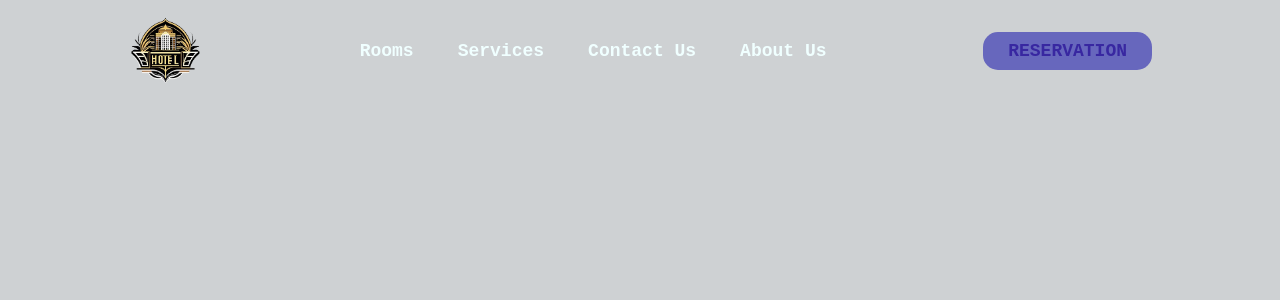
Repository: DhananjayaLakshan/Uom-Web_Design_For_Beginners
Page: Final Assignment/index.html
The author's editor kept a copy of each file at every save. The page is drawn from the files as they stood at one save, then again after the next save.
The browser window is 1280 px wide. The pictures show the whole page.
The pointer rests on the first visible `button`.

Above is the page before, as saved 2023-11-29 13:59:55.

### Final Assignment/index.html
<!DOCTYPE html>
<html lang="en">
<head>
    <meta charset="UTF-8">
    <meta name="viewport" content="width=device-width, initial-scale=1.0">
    <title>Ceylon Hotel</title>

    <link rel="stylesheet" href="style.css">
    <script src="script.js"></script>
</head>
<body>

    <header>
        <img class="logo" src="img/logo.png" alt="logo">

        <nav>
            <ul class="navBar">
                <li>
                    <a href="#"> Rooms</a>
                </li>

                <li>
                    <a href="#"> Services</a>
                </li>

                <li>
                    <a href="#"> Contact Us</a>
                </li>

                <li>
                    <a href="#"> About Us</a>
                </li>


            </ul>
        </nav>

        <a href="#"> <button>RESERVATION</button> </a>


    </header>

</body>
</html>

### Final Assignment/style.css
*{
    box-sizing: border-box;
    padding: 0;
    margin: 0;
    background-color: rgb(206, 209, 211);
}

li,a, button{
    font-family: 'Courier New', Courier, monospace;
    font-weight: 600;
    font-size: 18px;
    text-decoration: none;
    color: azure;
}

header{
    display: flex;
    justify-content: space-between;
    align-items: center;
    padding: 13px 10%;

}

.logo{
    width: 75px;
    height: 75px;
    cursor: pointer;
}

.navBar{
    list-style: none;
}

.navBar li{
    display: inline-block;
    padding: 0px 20px;
}

.navBar li a {
    transition: all 0.3s ease 0s;
}

.navBar li a:hover{
    color: red;
}

button{
    padding: 9px 25px;
    background-color:rgb(103, 103, 189);
    border: none;
    border-radius: 15px;
    cursor:pointer;
    transition: all 0.3s ease 0s;
}

button:hover{
    color: rgb(56, 39, 161);
}

Loaded but not shown: Final Assignment/script.js (no stored copy; drawn as an empty file)

After the next save:
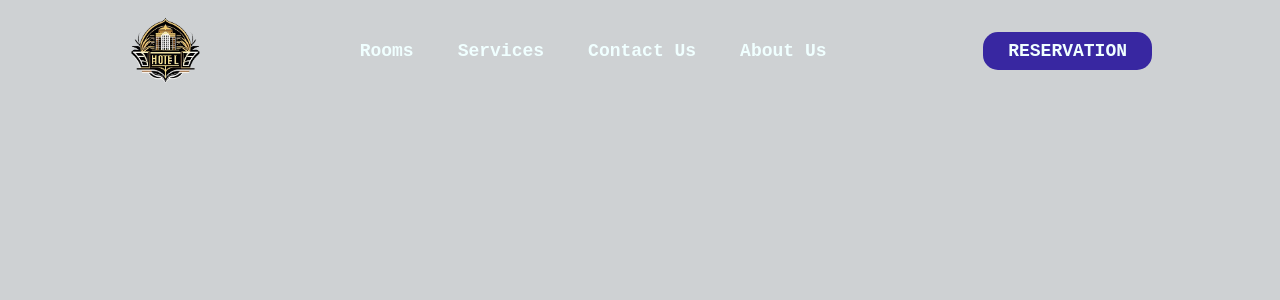
Saved 18 s later.
--- a/Final Assignment/style.css
+++ b/Final Assignment/style.css
@@ -54,5 +54,5 @@ button{
 }
 
 button:hover{
-    color: rgb(56, 39, 161);
+    background-color: rgb(56, 39, 161);
 }
